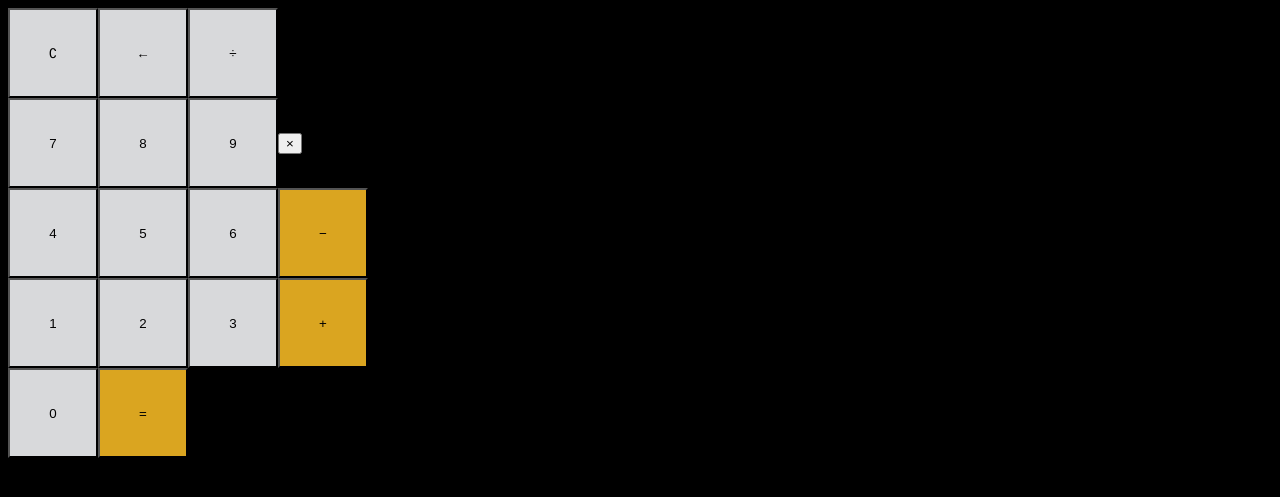
Repository: jontslater/LAB-calculator2
Page: index.html
An editor plug-in stored every save of this project. The page is shown before and after the next save, followed by the edit.
The browser window is 1280 px wide. The pictures show the whole page.

Above is the page before, as saved 2023-10-12 15:48:19.

### index.html
<!DOCTYPE html>
<html lang="en">
<head>
  <meta charset="UTF-8">
  <meta name="viewport" content="width=device-width, initial-scale=1.0">
  <title>calculator</title>
  <link rel="stylesheet" href="main.css">
  <script src="main.js"></script>
</head>

<body>
  <div class="container">

  <table>
    <button class="symbols gray">&#8705;</button>
    <button class="symbols gray">&#8592;</button>
    <button class="symbols gray">&#247;</button>
  </table>

  <table>
    <button class="bottonss gray">7</button>
    <button class="bottonss gray">8</button>
    <button class="bottonss gray">9</button>
    <button>&#215;</button>
  </table>

  <table>
    <button class="bottonss gray">4</button>
    <button class="bottonss gray">5</button>
    <button class="bottonss gray">6</button>
    <button class="orange">&#8722;</button>
  </table>

  <table>
    <button class="bottonss gray">1</button>
    <button class="bottonss gray">2</button>
    <button class="bottonss gray">3</button>
    <button class="orange">&#43;</button>
  </table>


  <table>
    <button class="bottonss gray">0</button>
    <button class="orange">&#61;</button>
  </table>

  </div>

</body>
</html>

### main.css
body{
  background-color: #000000;
}
.container{
  width: 400xp;
}

.buttonss{
  background-color: #d8d9db;
  height: 90px;
  width: 90px;
}

.orange{
  background-color:goldenrod;
  height: 90px;
  width: 90px;
}

.gray{
  background-color: #d8d9db;
  height: 90px;
  width: 90px;

}

Loaded but not shown: main.js (no stored copy; drawn as an empty file)

After the next save:
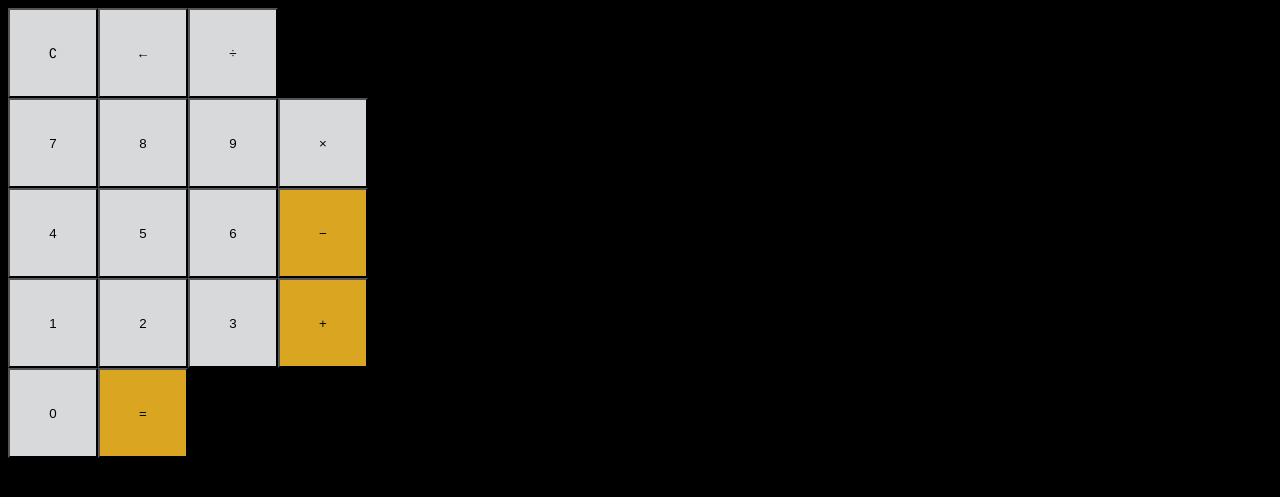
Saved 118 s later.
--- a/index.html
+++ b/index.html
@@ -21,7 +21,7 @@
     <button class="bottonss gray">7</button>
     <button class="bottonss gray">8</button>
     <button class="bottonss gray">9</button>
-    <button>&#215;</button>
+    <button class="symbols gray">&#215;</button>
   </table>
 
   <table>
